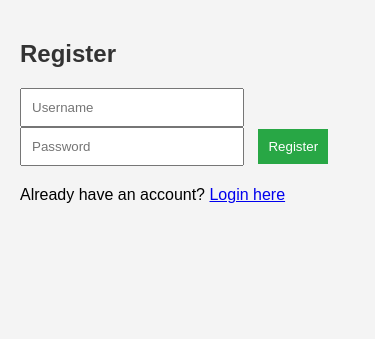
Repository: HitheshSoosaiManickam/Movie-Review-System
Page: Web_Tech/frontend/register.html
The author's editor kept a copy of each file at every save. The page is drawn from the files as they stood at one save, then again after the next save.
The browser window is 375 px wide. The pictures show the whole page.

Above is the page before, as saved 2024-10-24 20:35:46.

After the next save:
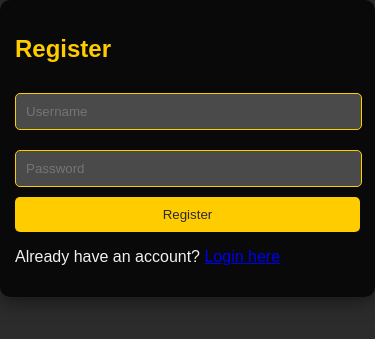
Saved 2 min 24 s later.
--- a/Web_Tech/frontend/styles.css
+++ b/Web_Tech/frontend/styles.css
@@ -1,65 +1,106 @@
+/* styles.css */
+
+/* General styles */
 body {
-    font-family: Arial, sans-serif;
+    font-family: 'Arial', sans-serif;
+    background-color: #2c2c2c; /* Dark background for movie theme */
+    color: #f1f1f1; /* Light text color for contrast */
     margin: 0;
-    padding: 20px;
-    background-color: #f4f4f4;
+    padding: 0;
 }
 
-h1, h2 {
-    color: #333;
+/* Container styles */
+.container {
+    max-width: 800px;
+    margin: 0 auto;
+    padding: 20px;
+    background: rgba(0, 0, 0, 0.8); /* Slightly transparent background */
+    border-radius: 10px;
+    box-shadow: 0 4px 20px rgba(0, 0, 0, 0.5);
 }
 
+/* Header styles */
 .header {
     display: flex;
-    justify-content: space-between;
-    align-items: center;
+    justify-content: flex-end;
+    padding: 10px;
 }
 
-form {
-    margin: 20px 0;
+.header a {
+    color: #ffcc00; /* Gold color for logout link */
+    text-decoration: none;
+    font-weight: bold;
 }
 
-input {
-    padding: 10px;
-    margin-right: 10px;
-    width: 200px;
+.header a:hover {
+    text-decoration: underline;
 }
 
+/* Form styles */
+h2, h3 {
+    color: #ffcc00; /* Gold color for headers */
+}
+
+input[type="text"],
+input[type="password"] {
+    width: 100%;
+    padding: 10px;
+    margin: 10px 0;
+    border: 1px solid #ffcc00; /* Gold border for inputs */
+    border-radius: 5px;
+    background: #4a4a4a; /* Input background color */
+    color: #f1f1f1; /* Text color */
+}
+
+input[type="text"]:focus,
+input[type="password"]:focus {
+    border-color: #ffcc00; /* Highlight border on focus */
+    outline: none;
+}
+
+/* Button styles */
 button {
-    padding: 10px;
-    background-color: #28a745;
-    color: white;
+    background-color: #ffcc00; /* Gold button */
+    color: #2c2c2c; /* Dark text */
     border: none;
+    padding: 10px 20px;
+    border-radius: 5px;
     cursor: pointer;
+    transition: background-color 0.3s ease;
 }
 
 button:hover {
-    background-color: #218838;
+    background-color: #e6b800; /* Slightly darker gold on hover */
 }
 
-#movies {
-    display: flex;
-    flex-wrap: wrap;
+/* Review item styles */
+.review-item {
+    border-bottom: 1px solid #444;
+    padding: 10px 0;
 }
 
-.movie-card {
-    background: #fff;
-    margin: 10px;
-    padding: 15px;
-    border-radius: 5px;
-    box-shadow: 0 0 10px rgba(0, 0, 0, 0.1);
-    width: 200px;
+.review-item h4 {
+    margin: 0;
+    color: #ffcc00; /* Gold for username */
 }
 
-.movie-card img {
-    max-width: 100%;
-    border-radius: 5px;
+.review-item p {
+    margin: 5px 0 0;
+    color: #f1f1f1; /* Light text color for review content */
 }
 
-#movieDetails {
-    background: #fff;
-    padding: 15px;
-    margin: 20px 0;
-    border-radius: 5px;
-    box-shadow: 0 0 10px rgba(0, 0, 0, 0.1);
+/* Responsive styles */
+@media (max-width: 600px) {
+    .container {
+        padding: 15px;
+    }
+
+    button {
+        width: 100%; /* Full-width button on small screens */
+    }
+
+    input[type="text"],
+    input[type="password"] {
+        width: calc(100% - 20px); /* Adjust input width */
+    }
 }
